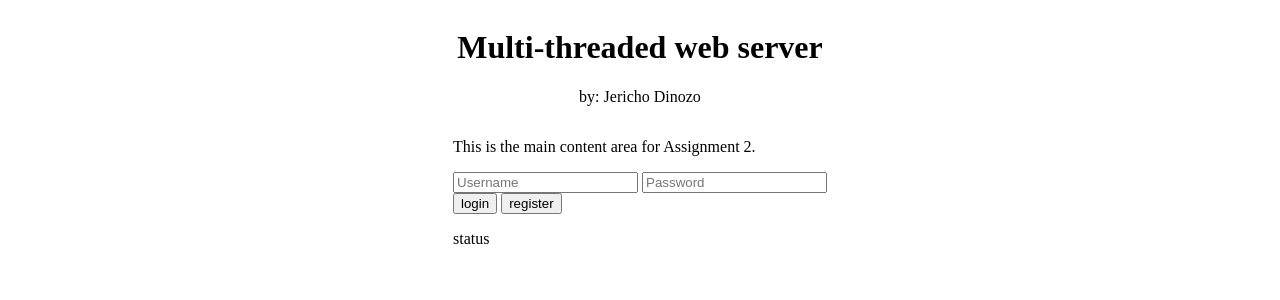
Repository: jerichodinozo/Multi-Threaded-Web-Server-Chat-Room
Page: static/index.html
The author's editor kept a copy of each file at every save. The page is drawn from the files as they stood at one save, then again after the next save.
The browser window is 1280 px wide. The pictures show the whole page.
The page's requests for data from a server got no answer.

Above is the page before, as saved 2025-11-10 11:22:33.

After the next save:
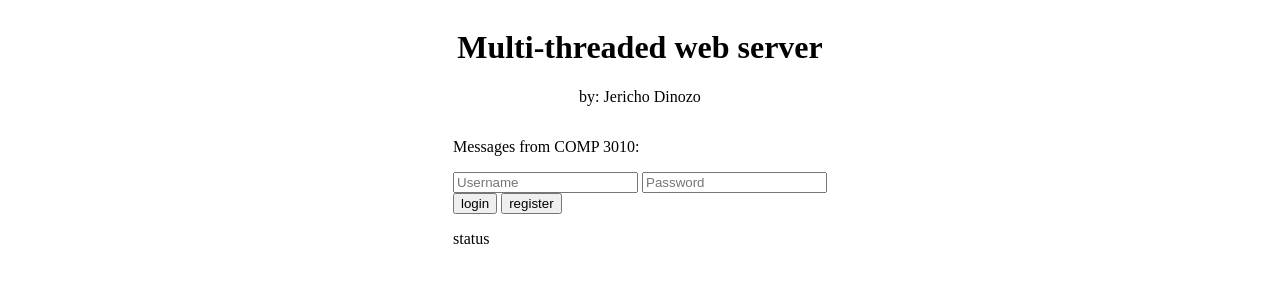
Saved 2 h 35 min later.
--- a/static/index.html
+++ b/static/index.html
@@ -14,7 +14,7 @@
         <p>by: Jericho Dinozo</p>
     </header>
     <main>
-        <p>This is the main content area for Assignment 2.</p>
+        <p>Messages from COMP 3010:</p>
         <div id="credentials-input">
             <input type="text" id="username" name="username" placeholder="Username">
             <input type="text" id="password" name="password" placeholder="Password">
